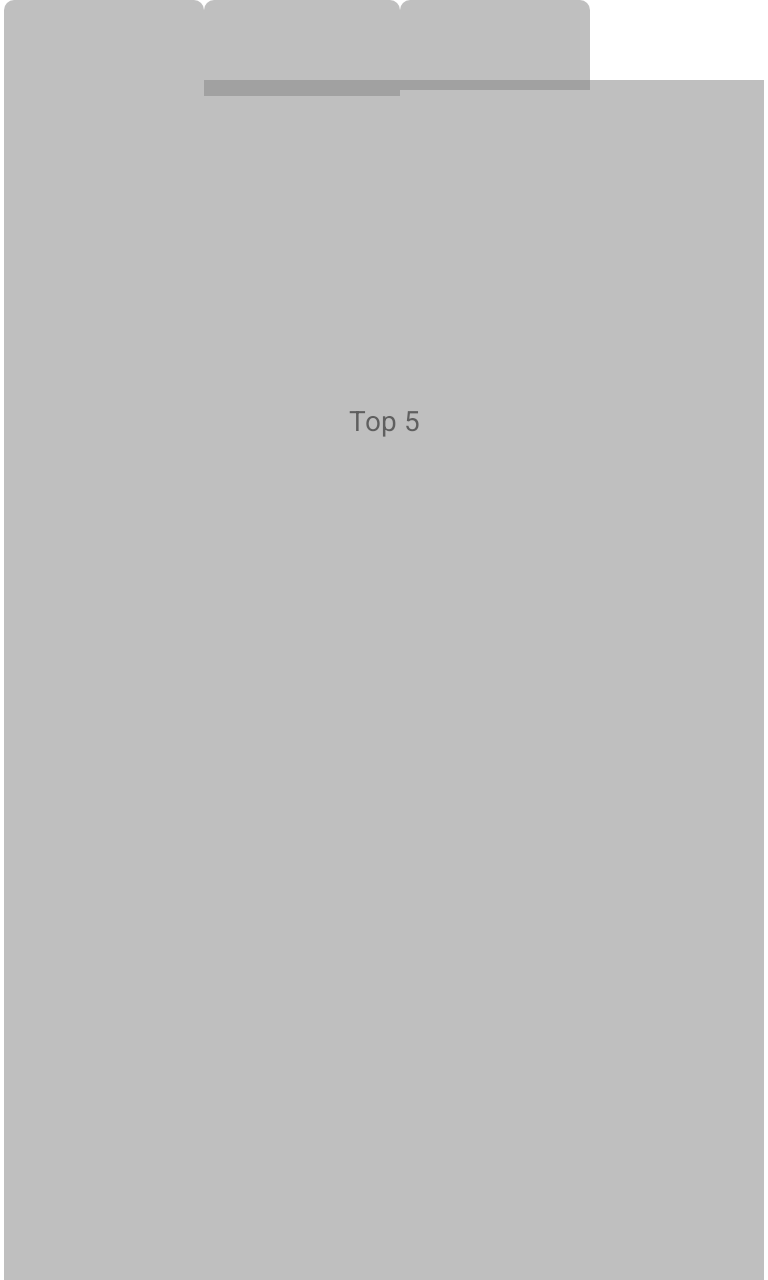
Repository: paceuniversity/gsd2014-team5
Layout: workspace/HealthyEating/res/layout/home_page.xml
The author's editor kept a copy of each file at every save. The layout is drawn from the files as they stood at one save, then again after the next save.
It is drawn on a 768 x 1280 px phone screen (xhdpi) without system bars, with theme AppTheme; the app's code is not run. Lists and similar views that code fills are empty.

Above is the layout before, as saved 2014-04-11 17:28:07.

After the next save:
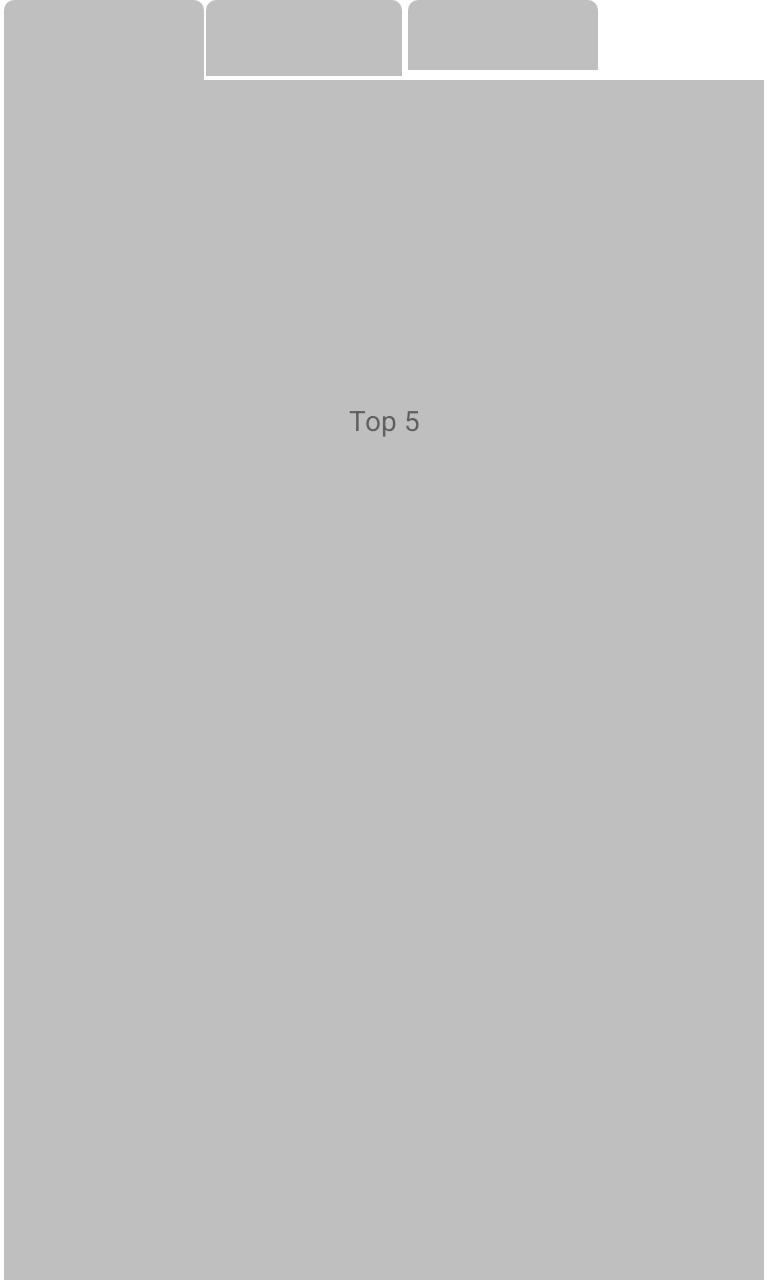
Saved 119 s later.
--- a/workspace/HealthyEating/res/layout/home_page.xml
+++ b/workspace/HealthyEating/res/layout/home_page.xml
@@ -79,13 +79,15 @@
                     android:layout_width= "100dp"
                     android:layout_height="40dp"
                     android:scaleType="center"
+                	android:layout_marginRight="1dp"
                     android:layout_alignParentTop="true"
 					android:background="@drawable/textlview_rounded_corners" />
 
                     <Button
                     android:id="@+id/TopRatedRecipes"
                     android:layout_width= "98dp"
-                    android:layout_height="48dp"
+                    android:layout_height="38dp"
+                    android:layout_marginRight="3dp"
                     android:scaleType="center"
 					android:layout_toRightOf="@+id/AllRecipes"
 					android:background="@drawable/textlview_rounded_corners" />
@@ -93,7 +95,7 @@
                     <Button
                     android:id="@+id/FavRatedRecipes"
                     android:layout_width= "95dp"
-                    android:layout_height="45dp"
+                    android:layout_height="35dp"
                     android:scaleType="center"
                     android:layout_toRightOf="@+id/TopRatedRecipes"
 					android:background="@drawable/textlview_rounded_corners" />
